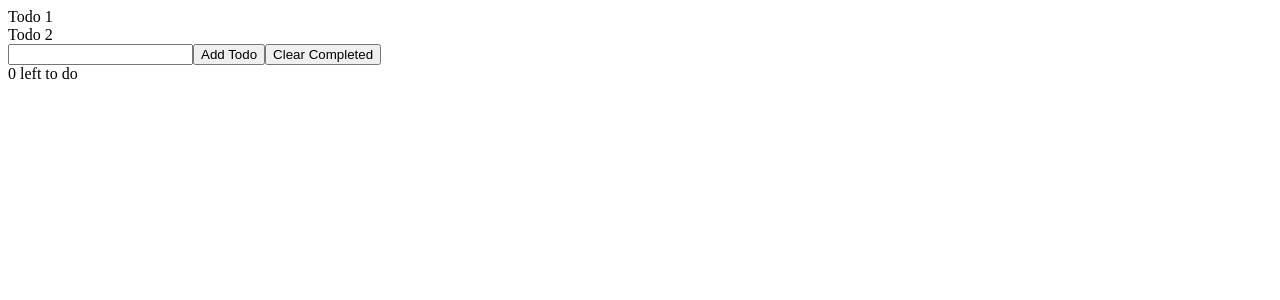
Repository: Hyperion72R/React-concepts
Page: /
An editor plug-in stored every save of this project. The page is shown before and after a run of saves, followed by the edit.
The browser window is 1280 px wide. The pictures show the whole page.
The project was rebuilt for these pictures with package versions that can differ from the ones it lists, and the page was loaded fresh each time.

Above is the page before, as saved 2021-07-17 13:00:50.

After the next 3 saves:
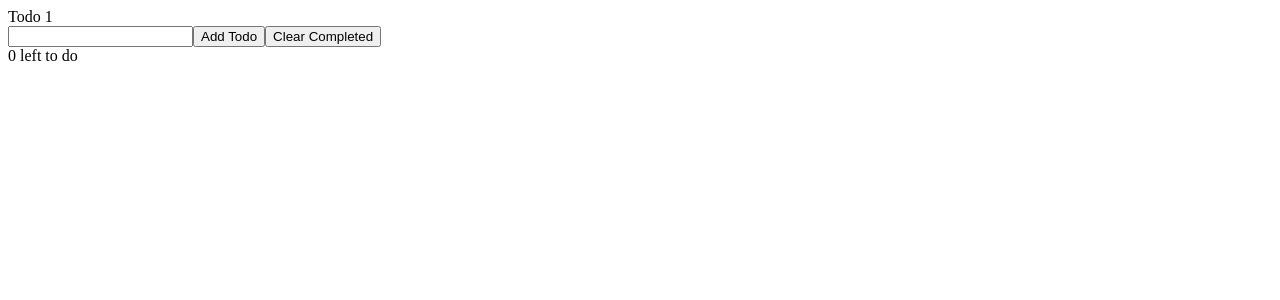
The 3 saves are shown as one change because 2 did not build or start.
The last was saved 2 min 7 s later.
--- a/src/App.js
+++ b/src/App.js
@@ -2,7 +2,9 @@ import React, { useState } from "react";
 import TodoList from "./TodoList";
 
 function App() {
-  const [todos, setTodos] = useState([" Todo 1 ", " Todo 2 "]);
+  const [todos, setTodos] = useState([
+    { id: 1, name: "Todo 1", complete: false },
+  ]);
   return (
     <>
       <TodoList todoList={todos} />
--- a/src/TodoList.js
+++ b/src/TodoList.js
@@ -12,7 +12,7 @@ export default function TodoList({ todoList }) {
     // })
 
     todoList.map((todo) => {
-      return <Todo key={todo} todo={todo} />;
+      return <Todo key={todo.id} todo={todo} />;
     })
   );
 }
--- a/src/Todo.js
+++ b/src/Todo.js
@@ -1,5 +1,5 @@
 import React from "react";
 
 export default function Todo({ todo }) {
-  return <div>{todo}</div>;
+  return <div>{todo.name}</div>;
 }
